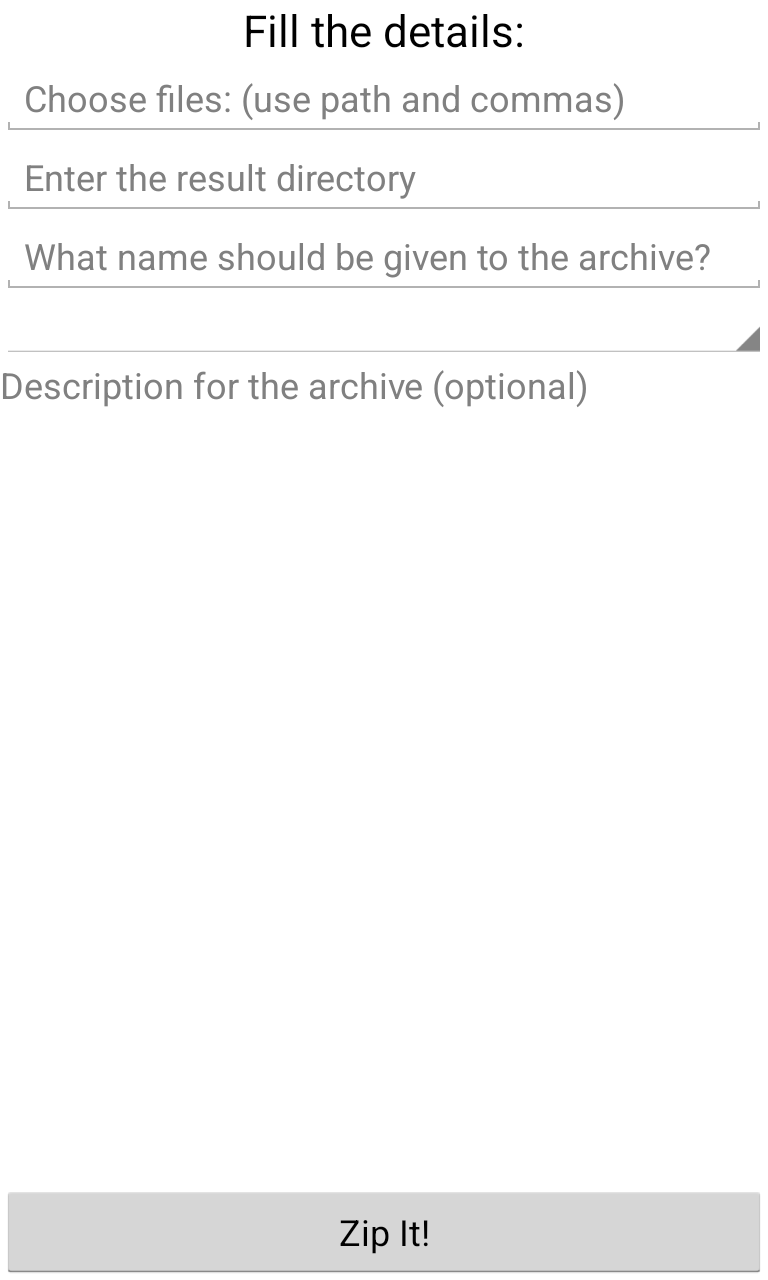
Repository: ya-ivanov/Android-Projects
Layout: Android Projects (OLD)/Zip It!/ZipIt/res/layout/activity_main.xml
The author's editor kept a copy of each file at every save. The layout is drawn from the files as they stood at one save, then again after the next save.
It is drawn on a 768 x 1280 px phone screen (xhdpi) without system bars, with theme AppTheme; the app's code is not run.

Above is the layout before, as saved 2013-12-11 20:25:08.

After the next save:
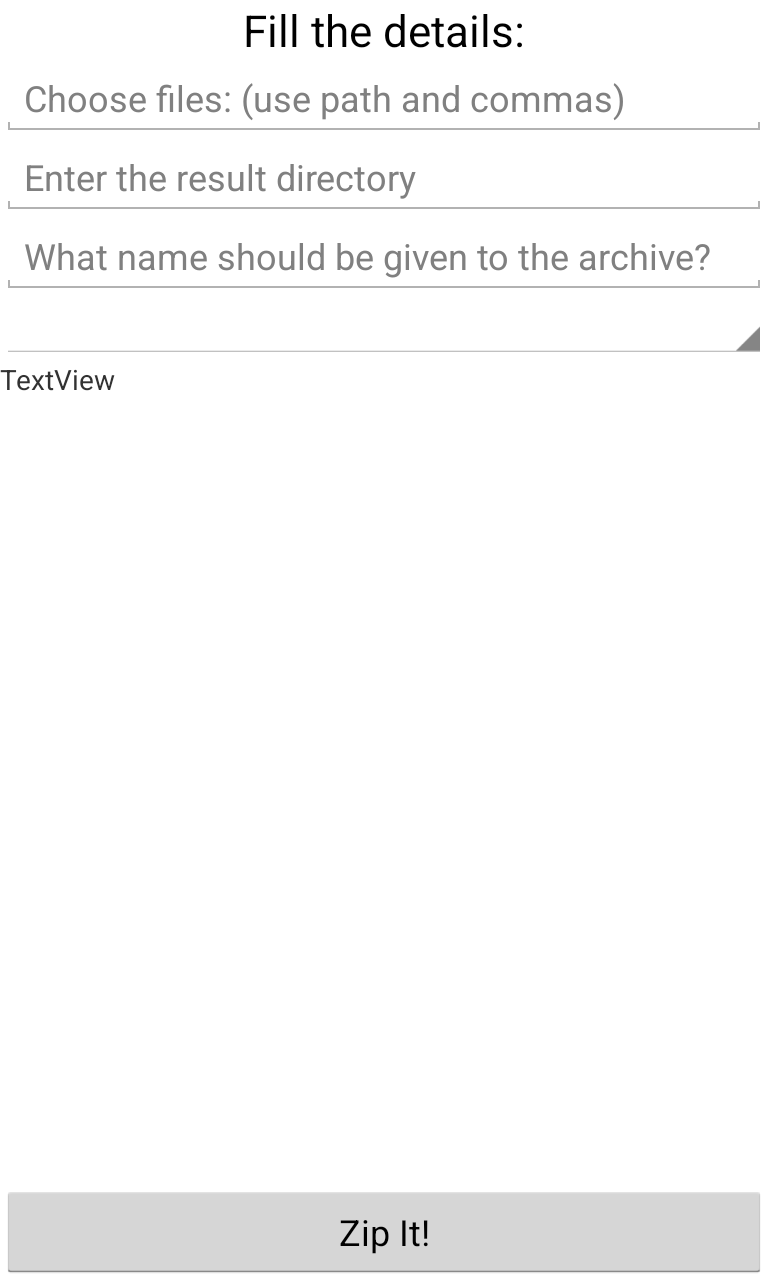
Saved 51 s later.
--- a/Android Projects (OLD)/Zip It!/ZipIt/res/layout/activity_main.xml
+++ b/Android Projects (OLD)/Zip It!/ZipIt/res/layout/activity_main.xml
@@ -43,10 +43,9 @@
     <TextView
         android:id="@+id/textView2"
         android:layout_width="match_parent"
-        android:layout_height="0dip"
-        android:layout_weight="1"
-        android:hint="Description for the archive (optional)"
-        android:textAppearance="?android:attr/textAppearanceMedium" />
+        android:layout_height="wrap_content"
+        android:layout_weight="1.00"
+        android:text="TextView" />
 
     <Button
         android:id="@+id/button1"
